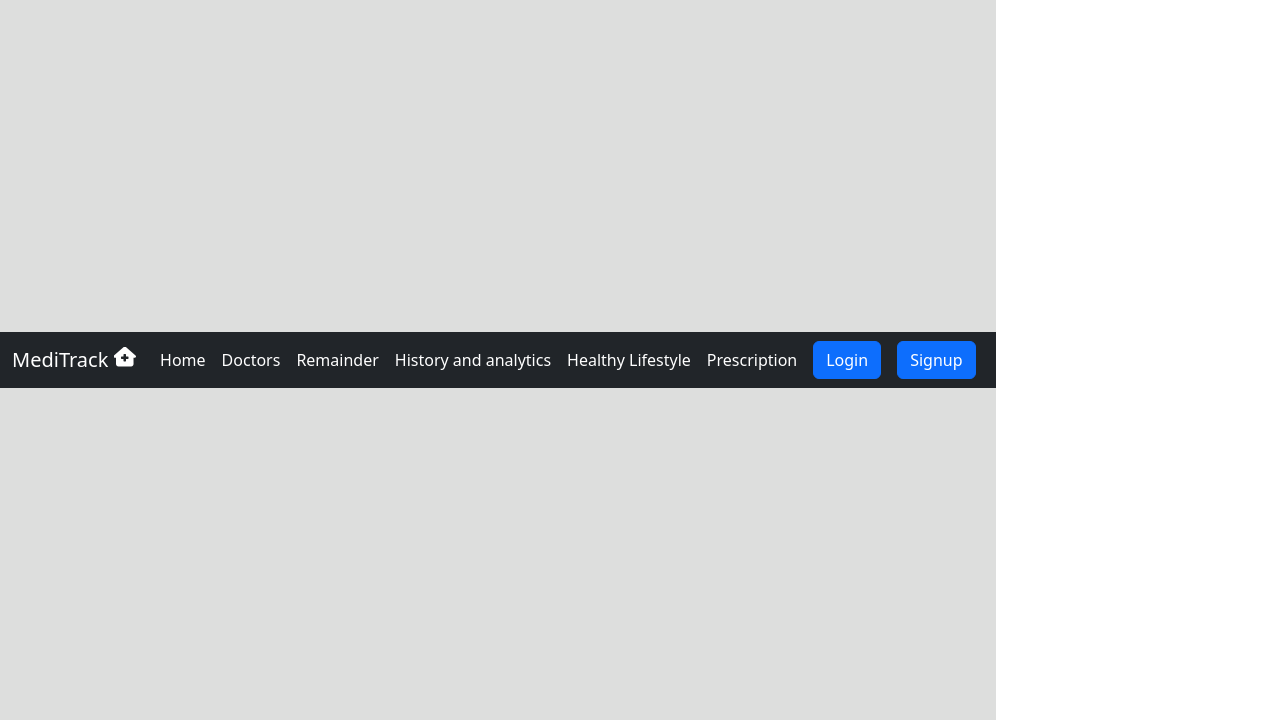
Repository: rahul-chakradhari/PillWise
Page: /doctors (app in frontend/)
An editor plug-in stored every save of this project. The page is shown before and after the next save, followed by the edit.
The browser window is 1280 px wide. The pictures show the whole page.
The project was rebuilt for these pictures with package versions that can differ from the ones it lists, and the page was loaded fresh each time. Also part of the build but not shown: frontend/vite.config.js, frontend/src/components/Home.jsx, frontend/src/components/History.jsx, frontend/src/components/Remainder.jsx, frontend/src/components/Healthy.jsx, frontend/src/components/Prescription.jsx.

Above is the page before, as saved 2025-03-06 16:07:38.

### frontend/index.html
<!DOCTYPE html>
<html lang="en">
  <head>
    <meta charset="UTF-8" />
    <link rel="icon" type="image/svg+xml" href="/vite.svg" />
    <meta name="viewport" content="width=device-width, initial-scale=1.0" />
    <link
      href="https://cdn.jsdelivr.net/npm/bootstrap@5.3.3/dist/css/bootstrap.min.css"
      rel="stylesheet"
      integrity="sha384-QWTKZyjpPEjISv5WaRU9OFeRpok6YctnYmDr5pNlyT2bRjXh0JMhjY6hW+ALEwIH"
      crossorigin="anonymous"
    />
    <link
      rel="stylesheet"
      href="https://cdnjs.cloudflare.com/ajax/libs/font-awesome/6.5.1/css/all.min.css"
    />

    <title>MediTrack-Smart-Medicine-Reminder-Tracker</title>
  </head>
  <body>
    <div id="root"></div>
    <script type="module" src="/src/main.jsx"></script>
    <script
      src="https://cdn.jsdelivr.net/npm/bootstrap@5.3.3/dist/js/bootstrap.bundle.min.js"
      integrity="sha384-YvpcrYf0tY3lHB60NNkmXc5s9fDVZLESaAA55NDzOxhy9GkcIdslK1eN7N6jIeHz"
      crossorigin="anonymous"
    ></script>
  </body>
</html>

### frontend/src/App.jsx
import "./App.css";

import { Routes, Route } from "react-router-dom";
import Navbar from "./components/Navbar";
import Home from "./components/Home";
import History from "./components/History";
import Remainder from "./components/Remainder";
import Doctors from "./components/Doctors";
import Healthy from "./components/Healthy";
import Prescription from "./components/Prescription";
function App() {
  return (
    <div className="app">
      <Navbar />
      <Routes>
        <Route path="/" element={<Home />} />
        <Route path="/history" element={<History />} />
        <Route path="/remainder" element={<Remainder />} />
        <Route path="/doctors" element={<Doctors />} />
        <Route path="/healthy" element={<Healthy />} />
        <Route path="/prescription" element={<Prescription />} />
      </Routes>
    </div>
  );
}

export default App;

### frontend/src/App.css
* {
  margin: 0;
}
.app {
  background-color: #dddedd;
  min-height: 100vh;
  display: flex;
  justify-content: center;
  align-items: center;
}

### frontend/src/components/Navbar.jsx
import React from "react";
import { Link } from "react-router-dom";
const Navbar = () => {
  const isLoggedin = localStorage.getItem("auth-token");
  return (
    <div>
      <nav className="navbar navbar-expand-lg navbar-dark bg-dark">
        <div className="container-fluid">
          <Link className="navbar-brand" to="#">
            MediTrack <i className="fa-solid fa-house-medical"></i>{" "}
          </Link>
          <button
            className="navbar-toggler"
            type="button"
            data-bs-toggle="collapse"
            data-bs-target="#navbarSupportedContent"
            aria-controls="navbarSupportedContent"
            aria-expanded="false"
            aria-label="Toggle navigation"
          >
            <span className="navbar-toggler-icon"></span>
          </button>
          <div className="collapse navbar-collapse" id="navbarSupportedContent">
            <ul className="navbar-nav me-auto mb-2 mb-lg-0">
              <li className="nav-item">
                <Link className="nav-link active" aria-current="page" to="/">
                  Home
                </Link>
              </li>

              <li className="nav-item">
                <Link
                  className="nav-link active"
                  aria-current="page"
                  to="/doctors"
                >
                  Doctors
                </Link>
              </li>
              <li className="nav-item">
                <Link
                  className="nav-link active"
                  aria-current="page"
                  to="/remainder"
                >
                  Remainder
                </Link>
              </li>
              <li className="nav-item">
                <Link
                  className="nav-link active"
                  aria-current="page"
                  to="/history"
                >
                  History and analytics
                </Link>
              </li>
              <li className="nav-item">
                <Link
                  className="nav-link active"
                  aria-current="page"
                  to="/healthy"
                >
                  Healthy Lifestyle
                </Link>
              </li>
              <li className="nav-item">
                <Link
                  className="nav-link active"
                  aria-current="page"
                  to="/prescription"
                >
                  Prescription
                </Link>
              </li>

              {/*"Contribute" tab sirf logged-in users ke liye */}
              {isLoggedin && (
                <li>
                  <Link className="nav-link-active" to="/contribute">
                    Contribute
                  </Link>
                </li>
              )}
            </ul>
            <Link to="/login" className="btn btn-primary mx-2">
              Login
            </Link>
            <Link to="/signup" className="btn btn-primary mx-2">
              Signup
            </Link>
          </div>
        </div>
      </nav>
    </div>
  );
};

export default Navbar;

### frontend/src/components/Doctors.jsx
import React from "react";

const Doctors = () => {
  return (
    <div>
      <div className="texts"></div>
      <div></div>
    </div>
  );
};

export default Doctors;

### frontend/src/components/styles.css
* {
  margin: 0;
  padding: 0;
  box-sizing: border-box; /* Ensure padding/margin don't cause overflow */
  overflow-x: hidden; /* Horizontal scroll hatane ke liye */
}
body,
html {
  width: 100%;
  height: 100%;
  overflow: hidden;
}

.container {
  display: flex;
  align-items: center;
  justify-content: space-between;
  padding: 20px;
  width: 200vw;
  height: 100vh;
  overflow: hidden;
}

/* CSS */
.button-64 {
  align-items: center;
  background-image: linear-gradient(144deg, #af40ff, #5b42f3 50%, #00ddeb);
  border: 0;
  border-radius: 8px;
  box-shadow: rgba(151, 65, 252, 0.2) 0 15px 30px -5px;
  box-sizing: border-box;
  color: #ffffff;
  display: flex;
  font-family: Phantomsans, sans-serif;
  font-size: 20px;
  justify-content: center;
  line-height: 1em;
  max-width: 100%;
  min-width: 140px;
  padding: 3px;
  text-decoration: none;
  user-select: none;
  -webkit-user-select: none;
  touch-action: manipulation;
  white-space: nowrap;
  cursor: pointer;
}

.button-64:active,
.button-64:hover {
  outline: 0;
}

.button-64 span {
  background-color: rgb(5, 6, 45);
  padding: 16px 24px;
  border-radius: 6px;
  width: 100%;
  height: 100%;
  transition: 300ms;
}

.button-64:hover span {
  background: none;
}

@media (min-width: 768px) {
  .button-64 {
    font-size: 24px;
    min-width: 196px;
  }
}

.title {
  margin-left: 182px;
  font-family: "Poppins", sans-serif;
  font-weight: bold;
  margin-bottom: 75px;
}
.subtexts {
  font-family: Cambria, Cochin, Georgia, Times, "Times New Roman", serif;
}
.texts {
  font-size: 18px;
  gap: 12px;
  margin-top: 19px;
}
.image {
  flex: 1;
  display: flex;
  width: 399.99px;
  height: 640.01px;
  justify-content: flex-end;
  max-width: 50%;
  overflow: hidden;
  max-width: 100%; /* Image container ko responsive banane ke liye */
  max-height: 100vh;
}

.text {
  flex: 1; /* Text ka section */
  text-align: left; /* Ensure left alignment */
  font-size: 24px;
  font-weight: bold;
}

.animation-style {
  width: 700px; /* Adjust as needed */
  height: 700px; /* Maximum width of animation */
  flex: 1;
  margin-bottom: 122px;
}

Loaded but not shown: frontend/src/main.jsx (common file); frontend/src/index.css (common file)

After the next save:
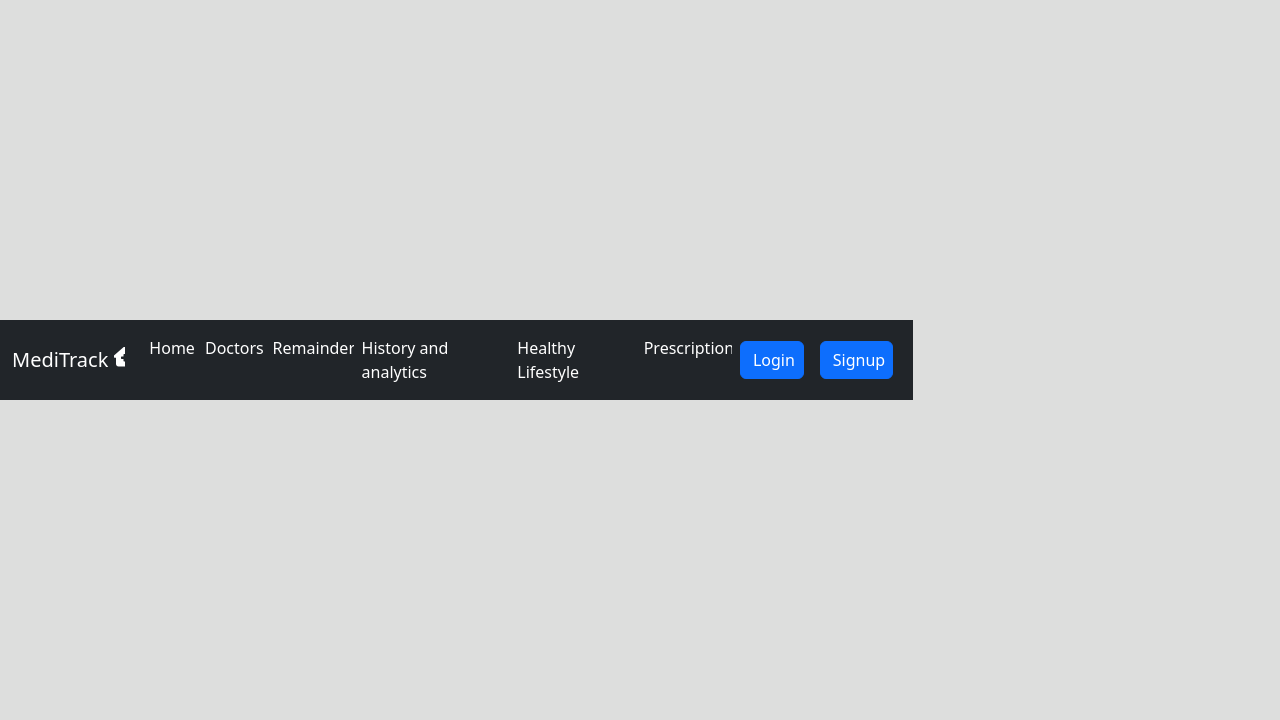
Saved 6 s later.
--- a/frontend/src/components/Doctors.jsx
+++ b/frontend/src/components/Doctors.jsx
@@ -4,7 +4,7 @@
   return (
     <div>
       <div className="texts"></div>
-      <div></div>
+      <div className="image"></div>
     </div>
   );
 };
